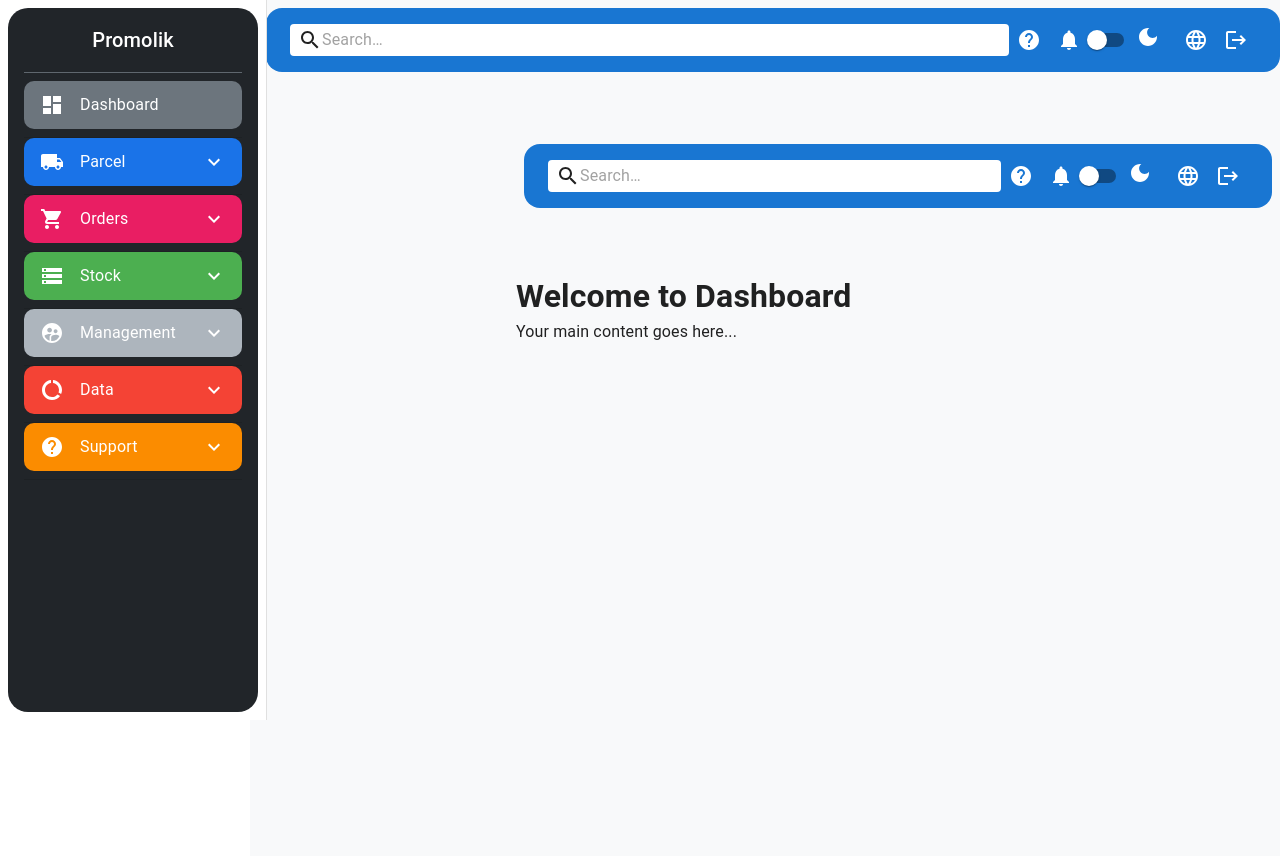
Repository: yosrjdly/stk
Page: /dashboard (app in dashboard/)
An editor plug-in stored every save of this project. The page is shown before and after a run of saves, followed by the edit.
The browser window is 1280 px wide. The pictures show the whole page.
The project was rebuilt for these pictures with package versions that can differ from the ones it lists, and the page was loaded fresh each time. The framework's server and built-in components were replaced by stand-ins that run in the browser. Also part of the build but not shown: dashboard/next.config.ts.

Above is the page before, as saved 2025-02-14 17:06:27.

### dashboard/src/app/dashboard/Layout.tsx
"use client";

import { Box, CssBaseline, Toolbar } from "@mui/material";
import Sidebar from "../../componenets/sidebar/SideBar";
import Navbar from "../../componenets/navbar/Navbar"; // Assuming you have a Navbar component
import { ReactNode } from "react";

interface LayoutProps {
  children: ReactNode;
}

export default function Layout({ children }: LayoutProps) {
  return (
    <Box sx={{ display: "flex" }}>
      <CssBaseline />

      {/* Sidebar (Permanent) */}
      <Sidebar />

      {/* Main Content Area */}
      <Box
        component="main"
        sx={{
          flexGrow: 1,
          pt:0,
          pl:1,
          pr:1,

          width: `calc(100% - 2px)`, // Adjusting main content width to fit sidebar
          backgroundColor: "#f8f9fa",
          minHeight: "100vh",
        }}
      >
        {/* Navbar */}
        <Navbar />

        {/* Page Content */}
        <Toolbar /> {/* Keeps content from being hidden behind Navbar */}
        {children}
      </Box>
    </Box>
  );
}

### dashboard/src/app/dashboard/page.tsx
import Layout from "../dashboard/Layout";

export default function DashboardHome() {
  return (
    <Layout>
      <h1>Welcome to Dashboard</h1>
      <p>Your main content goes here...</p>
    </Layout>
  );
}

### dashboard/src/componenets/sidebar/SideBar.tsx
"use client";

import { useState } from "react";
import { useRouter, usePathname } from "next/navigation";
import {
  Drawer,
  List,
  ListItemButton,
  ListItemText,
  Collapse,
  Divider,
  Typography,
  Box,
  IconButton,
} from "@mui/material";
import { ExpandLess, ExpandMore, Brightness4, Brightness7 } from "@mui/icons-material";
import DashboardIcon from '@mui/icons-material/Dashboard';
import LocalShippingIcon from '@mui/icons-material/LocalShipping';
import ShoppingCartIcon from '@mui/icons-material/ShoppingCart';
import StorageIcon from '@mui/icons-material/Storage';
import SupervisedUserCircleIcon from '@mui/icons-material/SupervisedUserCircle';
import DataUsageIcon from '@mui/icons-material/DataUsage';
import HelpIcon from '@mui/icons-material/Help';

const menuItems = [
  {
    title: "Dashboard",
    path: "/dashboard",
    color: "#6c757d",
    icon: <DashboardIcon />,
  },
  {
    title: "Parcel",
    subItems: [
      { title: "Exchange List", path: "/dashboard/parcel/exchangeList" },
      { title: "Exchange Return", path: "/dashboard/parcel/exchangeReturn" },
      { title: "Exchange Creation", path: "/dashboard/parcel/exchangeCreation" },
      { title: "Package Creation", path: "/dashboard/parcel/packageCreation" },
      { title: "Package Edit", path: "/dashboard/parcel/packageEdit" },
      { title: "Package List", path: "/dashboard/parcel/packageList" },
      { title: "Parcel Return", path: "/dashboard/parcel/parcelReturn" },
    ],
    color: "#1a73e8",
    icon: <LocalShippingIcon />,
  },
  {
    title: "Orders",
    subItems: [
      { title: "Cash Sale", path: "/dashboard/orders/cashSale" },
      { title: "Orders", path: "/dashboard/orders/orders" },
    ],
    color: "#e91e63",
    icon: <ShoppingCartIcon />,
  },
  {
    title: "Stock",
    subItems: [
      { title: "Add Article", path: "/dashboard/stock/addArticle" },
      { title: "Entred Stock", path: "/dashboard/stock/entredStock" },
      { title: "Notification", path: "/dashboard/stock/notification" },
      { title: "Stock", path: "/dashboard/stock/stock" },
    ],
    color: "#4caf50",
    icon: <StorageIcon />,
  },
  {
    title: "Management",
    subItems: [
      { title: "Delivery Company", path: "/manegement/deliveryCompany" },
      { title: "Profile", path: "/dashboard/management/profile" },
      { title: "Profit", path: "/dashboard/management/profit" },
      { title: "Spending", path: "/dashboard/management/spending" },
      { title: "User", path: "/dashboard/management/user" },
    ],
    color: "#adb5bd",
    icon: <SupervisedUserCircleIcon />,
  },
  {
    title: "Data",
    subItems: [
      { title: "Archived Parcel", path: "/dashboard/data/archivedParcel" },
      { title: "Command Deleted", path: "/dashboard/data/commandDeleted" },
      { title: "Deleted Parcel", path: "/dashboard/data/deletedParcel" },
      { title: "Inventory Removed", path: "/dashboard/data/inventoryRemoved" },
    ],
    color: "#f44335",
    icon: <DataUsageIcon />,
  },
  {
    title: "Support",
    subItems: [
      { title: "About Us", path: "/dashboard/support/aboutUs" },
      { title: "Claims", path: "/dashboard/support/claims" },
      { title: "User Guide", path: "/dashboard/support/userGuide" },
    ],
    color: "#fb8c00",
    icon: <HelpIcon />,
  },
];

export default function Sidebar() {
  const router = useRouter();
  const pathname = usePathname();
  const [openSections, setOpenSections] = useState<Record<string, boolean>>({});

  const toggleSection = (title: string) => {
    setOpenSections((prev) => ({
      ...prev,
      [title]: !prev[title],
    }));
  };

  return (
    <Drawer variant="permanent" sx={{ width: 250, flexShrink: 0, marginTop: 2 }}>
      <Box sx={{ height: "100%", width: 250, padding: 2, backgroundColor: "#212529", borderRadius: 5, margin: 1 }}>
        <Typography variant="h6" sx={{ color: "white", textAlign: "center", mb: 2 }}>
          Promolik
        </Typography>
        <Divider sx={{ backgroundColor: "#6c757d" }} />
        <List>
          {menuItems.map((item, index) => {
            const isParentActive = item.subItems?.some((subItem) => pathname === subItem.path);

            return (
              <div key={index}>
                {item.subItems ? (
                  <>
                    <ListItemButton
                      sx={{
                        backgroundColor: item.color,
                        borderRadius: "10px",
                        marginBottom: 1,
                        color: "white",
                      }}
                      onClick={() => toggleSection(item.title)}
                    >
                      {item.icon}
                      <ListItemText primary={item.title} sx={{ ml: 2 }} />
                      {openSections[item.title] ? <ExpandLess /> : <ExpandMore />}
                    </ListItemButton>
                    <Collapse in={openSections[item.title]} timeout="auto" unmountOnExit>
                      <List component="div" disablePadding>
                        {item.subItems.map((subItem, subIndex) => (
                          <ListItemButton
                            key={subIndex}
                            sx={{
                              pl: 4,
                              backgroundColor: pathname === subItem.path ? item.color : "transparent",
                              borderRadius: pathname === subItem.path ? "10px" : "0px",
                              marginBottom: 1,
                              color: pathname === subItem.path ? "white" : "#ccc",
                            }}
                            onClick={() => router.push(subItem.path)}
                          >
                            <ListItemText primary={subItem.title} />
                          </ListItemButton>
                        ))}
                      </List>
                    </Collapse>
                  </>
                ) : (
                  <ListItemButton
                    sx={{
                      backgroundColor: pathname === item.path ? item.color : "transparent",
                      borderRadius: pathname === item.path ? "10px" : "0px",
                      marginBottom: 1,
                      color: pathname === item.path ? "white" : "#ccc",
                    }}
                    onClick={() => router.push(item.path)}
                  >
                    {item.icon}
                    <ListItemText primary={item.title} sx={{ ml: 2 }} />
                  </ListItemButton>
                )}
                <Divider />
              </div>
            );
          })}
        </List>
      </Box>
    </Drawer>
  );
}

### dashboard/src/componenets/navbar/Navbar.tsx
'use client';

import React, { useState } from 'react';
import { AppBar, Toolbar, IconButton, InputBase, Menu, MenuItem, Switch, FormControlLabel } from '@mui/material';
import { Search as SearchIcon, Help as HelpIcon, Notifications as NotificationsIcon, Language as LanguageIcon, Logout as LogoutIcon, DarkMode as DarkModeIcon } from '@mui/icons-material';
import { useTheme } from '@mui/material/styles';

const Navbar = () => {
  const [anchorEl, setAnchorEl] = useState(null);
  const [themeMode, setThemeMode] = useState(false); // Dark mode state

  const theme = useTheme();

  const handleMenuOpen = (event) => {
    setAnchorEl(event.currentTarget);
  };

  const handleMenuClose = () => {
    setAnchorEl(null);
  };

  const toggleTheme = () => {
    setThemeMode((prev) => !prev);
    // You can add a theme switcher logic here (like changing the theme color)
  };

  return (
    <AppBar
      position="sticky"
      sx={{
        mx: 1,
        mt: 1,
        borderRadius: '16px',
        boxShadow: 'none',
        backdropFilter: 'blur(10px)',
        top: '5px',
        zIndex: 1200,
      }}
    >
      <Toolbar>
        {/* Search Bar */}
        <InputBase
          placeholder="Search…"
          startAdornment={<SearchIcon />}
          sx={{ flexGrow: 1, backgroundColor: theme.palette.background.default, borderRadius: '4px', paddingLeft: '8px' }}
        />

        {/* Help Icon */}
        <IconButton color="inherit" onClick={handleMenuOpen}>
          <HelpIcon />
        </IconButton>

        {/* Notifications Icon */}
        <IconButton color="inherit">
          <NotificationsIcon />
        </IconButton>

        {/* Theme Switch */}
        <FormControlLabel
          control={<Switch checked={themeMode} onChange={toggleTheme} />}
          label={<DarkModeIcon />}
        />

        {/* Language Icon */}
        <IconButton color="inherit">
          <LanguageIcon />
        </IconButton>

        {/* Logout Icon */}
        <IconButton color="inherit">
          <LogoutIcon />
        </IconButton>
      </Toolbar>

      {/* Help Icon Menu */}
      <Menu
        anchorEl={anchorEl}
        open={Boolean(anchorEl)}
        onClose={handleMenuClose}
      >
        <MenuItem onClick={handleMenuClose}>Help Center</MenuItem>
        <MenuItem onClick={handleMenuClose}>Contact Support</MenuItem>
      </Menu>
    </AppBar>
  );
};

export default Navbar;

Loaded but not shown: dashboard/src/app/layout.tsx (common file); dashboard/src/app/globals.css (common file)

After the next 3 saves:
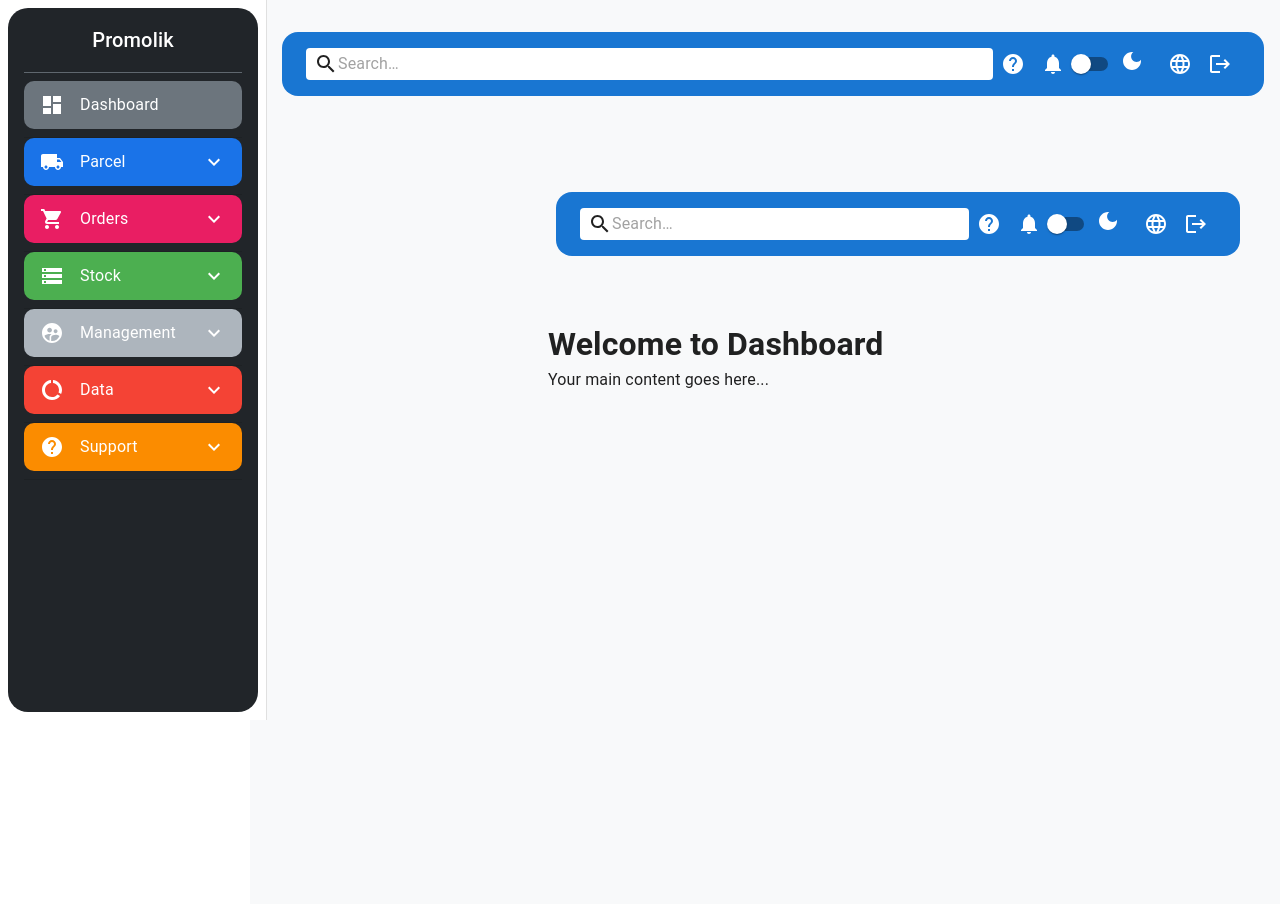
The 3 saves are shown as one change because 1 did not build or start and some came seconds apart.
The last was saved 12 s later.
--- a/dashboard/src/app/dashboard/Layout.tsx
+++ b/dashboard/src/app/dashboard/Layout.tsx
@@ -22,11 +22,9 @@ export default function Layout({ children }: LayoutProps) {
         component="main"
         sx={{
           flexGrow: 1,
-          pt:0,
-          pl:1,
-          pr:1,
-
-          width: `calc(100% - 2px)`, // Adjusting main content width to fit sidebar
+          pt:1,
+          p: 3,
+          width: `calc(100% - 250px)`, // Adjusting main content width to fit sidebar
           backgroundColor: "#f8f9fa",
           minHeight: "100vh",
         }}
